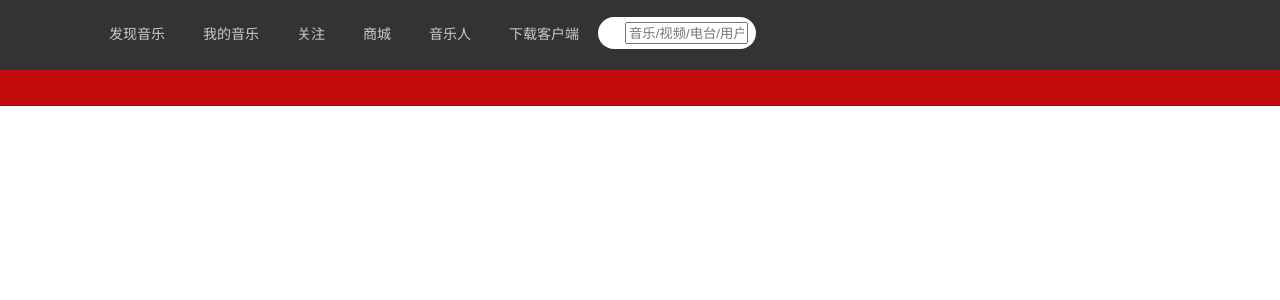
Repository: xtcgjk/-
Page: /
These files come from the project's save history. The page is drawn as it stood at one moment and after the next save; the edit follows.
The browser window is 1280 px wide. The pictures show the whole page.
The project was rebuilt for these pictures with package versions that can differ from the ones it lists, and the page was loaded fresh each time.

Above is the page before, as saved 2022-02-23 16:30:23.

After the next save:
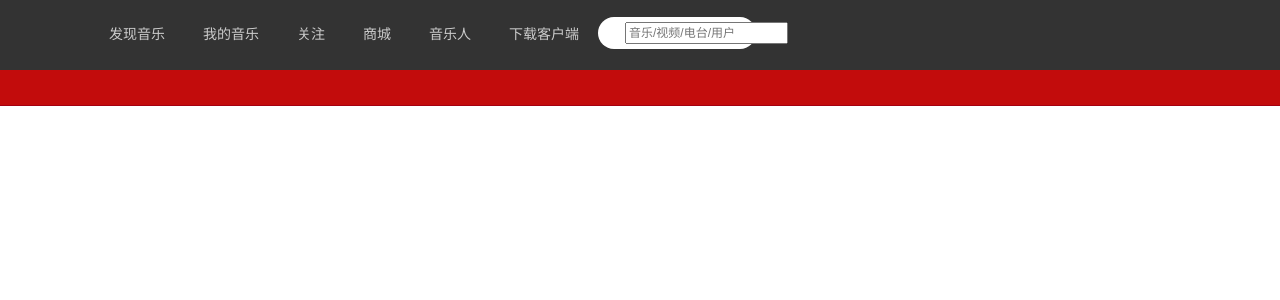
Saved 72 s later.
--- a/src/components/header/index.vue
+++ b/src/components/header/index.vue
@@ -12,6 +12,7 @@
           placeholder="音乐/视频/电台/用户"
           type="text"
           style="
+          font-size:12px
             width: 115px;
             height: 16px;
             position: absolute;
